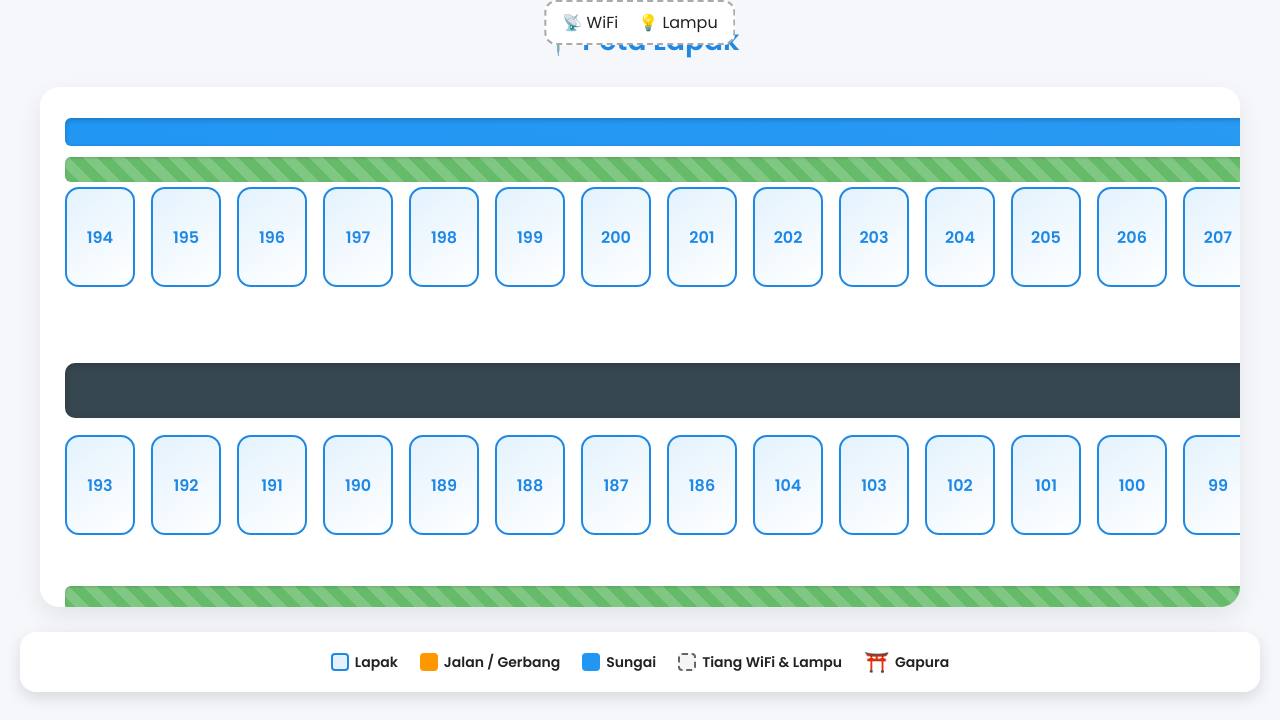
Repository: pasarrakyatbak/denah
Page: index.html
An editor plug-in stored every save of this project. The page is shown before and after the next save, followed by the edit.
The browser window is 1280 px wide. The pictures show the whole page.
An inner scrolling area shows only its first screen.

Above is the page before, as saved 2025-09-19 18:55:20.

### index.html
<!DOCTYPE html>
<html lang="id">

<head>
    <meta charset="utf-8" />
    <meta name="viewport" content="width=device-width, initial-scale=1" />
    <title>Peta Lapak Modern</title>
    <link href="https://fonts.googleapis.com/css2?family=Poppins:wght@400;600&display=swap" rel="stylesheet">
    <link rel="stylesheet" href="style.css" />
</head>

<body>
    <h1>📍 Peta Lapak</h1>

    <!-- Tooltip -->
    <div class="tooltip" id="tooltip"></div>

    <!-- Grid Container -->
    <div class="scroll-container">
        <div class="h-inner">

            <!-- Rumput kiri -->
            <div class="sungai-side">🌊 Sungai</div>
            <!-- Rumput -->
            <div class="rumput">
                <!-- Fasilitas tepat di atas lapak 108 -->
                <div class="fasilitas" style="left: 50%;">
                    <span>📡 WiFi</span>
                    <span>💡 Lampu</span>
                </div>
            </div>
            <!-- Lapak kanan (sekarang di atas jalan utama) -->
            <div class="row bottom" id="right-side"></div>
            <!-- Jalan utama -->
            <div class="road-wrapper">
                <div class="road">JALAN UTAMA</div>
            </div>

            <!-- Lapak kiri (sekarang di bawah jalan utama) -->
            <div class="row top" id="left-side"></div>

            <!-- Rumput kanan -->
            <div class="rumput"></div>
            <div class="sungai-side">🌊 Sungai</div>
            <!-- Lapak -->
            <div class="lapak-container">
                <div class="lapak">107</div>
                <div class="lapak">108</div>
                <div class="lapak">109</div>
            </div>
        </div>
    </div>


    <!-- Legend -->
    <div class="legend">
        <div>
            <div class="legend-color lapak-color"></div> Lapak
        </div>
        <div>
            <div class="legend-color jalan-color"></div> Jalan / Gerbang
        </div>
        <div>
            <div class="legend-color sungai-color"></div> Sungai
        </div>
        <div>
            <div class="legend-color tiang-color"></div> Tiang WiFi & Lampu
        </div>
        <div>
            <div class="legend-icon">⛩️</div> Gapura
        </div>
    </div>
    </div>

    <script src="script.js"></script>
</body>

</html>

### style.css
/* Reset & Base */
* {
    margin: 0;
    padding: 0;
    box-sizing: border-box;
}

body {
    font-family: 'Poppins', sans-serif;
    background: #f5f7fa;
    color: #222;
    padding: 20px;
    text-align: center;
}

h1 {
    font-size: 28px;
    margin-bottom: 25px;
    color: #1e88e5;
    font-weight: 700;
}

/* Scroll container */
.scroll-container {
    width: 100%;
    max-width: 1200px;
    height: 520px;
    overflow: auto;
    background: #fff;
    border-radius: 20px;
    padding: 25px;
    box-shadow: 0 10px 25px rgba(0, 0, 0, 0.08);
    margin: auto;
}

.h-inner {
    display: flex;
    flex-direction: column;
    gap: 5px;
    min-width: max-content;
}

.row {
    display: flex;
    gap: 16px;
    align-items: flex-start;
    flex-wrap: wrap;
    min-width: max-content;
}

/* Lapak modern */
.lapak {
    width: 70px;
    height: 100px;
    border-radius: 14px;
    background: linear-gradient(145deg, #e3f2fd, #ffffff);
    border: 2px solid #1e88e5;
    color: #1e88e5;
    font-weight: 600;
    display: flex;
    align-items: center;
    justify-content: center;
    cursor: pointer;
    font-size: 16px;
    transition: all 0.3s ease;
}

.lapak:hover {
    background: #1e88e5;
    color: #fff;
    transform: translateY(-6px) scale(1.08);
    box-shadow: 0 10px 18px rgba(30, 136, 229, 0.35);
}

/* Jalan utama */
.road {
    height: 85px;
    background: #37474f;
    color: #fff;
    display: flex;
    align-items: center;
    justify-content: center;
    border-radius: 14px;
    font-weight: 700;
    font-size: 16px;
    margin: 12px 0;
    letter-spacing: 1px;
    box-shadow: inset 0 2px 6px rgba(0, 0, 0, 0.2);
}

/* Jalan / Gerbang */
.jalan-gerbang {
    width: 150px;
    height: 50px;
    background: #ff9800;
    color: #fff;
    display: flex;
    align-items: center;
    justify-content: center;
    border-radius: 12px;
    font-weight: 700;
    transition: all 0.3s;
    box-shadow: 0 4px 12px rgba(255, 152, 0, 0.3);
}

.jalan-gerbang:hover {
    background: #fb8c00;
    transform: translateY(-4px);
}

/* Gapura lintas jalan */
.gapura-container {
    width: 70px;
    height: 100px;
    display: flex;
    flex-direction: column;
    align-items: center;
    justify-content: center;
    gap: 4px;
}

.gapura-icon {
    font-size: 26px;
}

.gapura-arrow {
    font-size: 18px;
}

/* Sungai */
.sungai-bawah {
    background: linear-gradient(180deg, #2196f3 0%, #64b5f6 100%);
    border-radius: 12px;
    color: #fff;
    font-weight: 600;
    display: flex;
    align-items: center;
    justify-content: center;
    font-size: 0.85em;
    width: 120%;
    height: 40px;
    box-shadow: 0 3px 8px rgba(33, 150, 243, 0.4);
}

.sungai-atas {
    background: linear-gradient(90deg, #00bfff, #4fc3f7);
    color: #fff;
    font-size: 12px;
    font-weight: bold;
    padding: 4px 10px;
    border-radius: 8px;
    margin-bottom: 5px;
}

/* Tiang WiFi + Lampu */
.tiang-container {
    width: auto;
    min-width: 120px;
    padding: 8px 12px;
    background: #fafafa;
    border: 2px dashed #666;
    border-radius: 16px;
    display: flex;
    flex-direction: row;
    /* <== sejajar horizontal */
    align-items: center;
    justify-content: center;
    gap: 12px;
    /* jarak antar ikon */
    font-size: 22px;
    font-weight: bold;
    color: #444;
    box-shadow: inset 0 2px 6px rgba(0, 0, 0, 0.05);
}

.tiang-label {
    font-size: 11px;
    font-weight: 600;
    color: #222;
}


/* Tooltip */
.tooltip {
    position: absolute;
    background: rgba(30, 136, 229, 0.95);
    color: #fff;
    padding: 7px 12px;
    border-radius: 8px;
    font-size: 13px;
    pointer-events: none;
    opacity: 0;
    transition: opacity 0.2s, transform 0.2s;
    z-index: 10;
    transform: translateY(-4px);
}

/* Legend */
.legend {
    margin-top: 25px;
    background: #fff;
    padding: 14px 20px;
    border-radius: 16px;
    box-shadow: 0 6px 16px rgba(0, 0, 0, 0.12);
    font-size: 14px;
    font-weight: 600;
    line-height: 1.6;
    display: flex;
    gap: 22px;
    justify-content: center;
    flex-wrap: wrap;
}

.legend div {
    display: flex;
    align-items: center;
    gap: 6px;
}

.legend-color {
    width: 18px;
    height: 18px;
    border-radius: 4px;
}

.legend-icon {
    font-size: 20px;
}

/* Legend colors */
.lapak-color {
    background: #e3f2fd;
    border: 2px solid #1e88e5;
}

.jalan-color {
    background: #ff9800;
}

.sungai-color {
    background: #2196f3;
}

.tiang-color {
    background: #f5f5f5;
    border: 2px dashed #666;
}

/* Wrapper */
.lapak-wrapper {
    display: flex;
    flex-direction: column;
    align-items: center;
    gap: 6px;
}

.lapak-wrapper .lapak {
    order: 2;
}

.lapak-wrapper .jalan-gerbang,
.lapak-wrapper .gapura-container,
.lapak-wrapper .sungai-atas,
.lapak-wrapper .sungai-bawah,
.lapak-wrapper .tiang-container {
    order: 1;
}

/* Bungkus jalan + rumput */
.road-wrapper {
    display: flex;
    flex-direction: column;
    gap: 6px;
    width: 100%;
}

/* Jalan utama penuh kiri kanan */
.road {
    height: 55px;
    width: 100%;
    background: #37474f;
    color: #fff;
    display: flex;
    align-items: center;
    justify-content: center;
    border-radius: 10px;
    font-weight: 700;
    font-size: 16px;
    letter-spacing: 1px;
    box-shadow: inset 0 2px 6px rgba(0, 0, 0, 0.2);
}

/* Rumput di sisi jalan */
.rumput {
    height: 25px;
    width: 100%;
    background: repeating-linear-gradient(45deg,
            #66bb6a,
            #66bb6a 10px,
            #81c784 10px,
            #81c784 20px);
    border-radius: 6px;
    box-shadow: inset 0 1px 3px rgba(0, 0, 0, 0.15);
}

/* Sungai samping */
.sungai-side {
    width: 100%;
    height: 28px;
    background: linear-gradient(90deg, #2196f3, #64b5f6);
    border-radius: 6px;
    color: #fff;
    font-weight: 600;
    font-size: 13px;
    display: flex;
    align-items: center;
    justify-content: center;
    gap: 6px;
    box-shadow: inset 0 2px 5px rgba(0, 0, 0, 0.2);
    margin: 6px 0;
}

.fasilitas {
    position: absolute;
    /* biar tidak mendorong elemen lain */
    top: 0;
    /* sesuaikan posisinya di atas lapak */
    left: 50%;
    /* posisikan di tengah horizontal */
    transform: translateX(-50%);
    /* agar benar-benar center */
    display: flex;
    gap: 20px;
    padding: 8px 16px;
    border: 2px dashed #aaa;
    border-radius: 12px;
    background: #fff;
    z-index: 10;
    /* supaya muncul di atas */
}

/* Responsive */
@media(max-width:900px) {
    .scroll-container {
        height: 450px;
    }

    .lapak {
        width: 60px;
        height: 90px;
        font-size: 14px;
    }

    .jalan-gerbang {
        width: 120px;
        height: 45px;
        font-size: 13px;
    }
}

@media(max-width:600px) {
    body {
        padding: 12px;
    }

    h1 {
        font-size: 22px;
    }

    .scroll-container {
        height: 400px;
        padding: 12px;
    }

    .lapak {
        width: 50px;
        height: 80px;
        font-size: 13px;
    }

    .jalan-gerbang {
        width: 100px;
        height: 40px;
        font-size: 12px;
    }

    .sungai-bawah {
        width: 100%;
        height: 35px;
        font-size: 0.75em;
    }
}

### script.js
// DATA NOMOR
const leftNumbers = [1, 2, 3, 4, 5, 6, 7, 8, 9, 10, 11, 15, 16, 17, 18, 19, 20, 21, 22, 23, 24, 25, 26, 27, 28, 29, 30, 31, 32, 33, 34, 35, 36, 37, 38, 39, 40, 41, 42, 43, 44, 45, 46, 47, 48, 49, 50, 51, 52, 53, 54, 55, 56, 57, 58, 59, 60, 61, 62, 63, 64, 65, 66, 67, 68, 69, 70, 71, 72, 73, 74, 75, 76, 77, 78, 79, 80, 81, 82, 83, 84, 85, 86, 87, 88, 89, 90, 91, 92, 93, 94, 95, 96, 97, 98, 99, 100, 101, 102, 103, 104, 186, 187, 188, 189, 190, 191, 192, 193];
const rightNumbers = [194, 195, 196, 197, 198, 199, 200, 201, 202, 203, 204, 205, 206, 207, 208, 209, 210, 211, 212, 213, 105, 106, 107, 108, 109, 110, 111, 112, 113, 114, 115, 116, 117, 118, 119, 120, 121, 122, 123, 124, 125, 126, 127, 128, 129, 130, 131, 132, 133, 134, 135, 136, 137, 138, 214, 215, 216, 139, 140, 141, 142, 143, 144, 145, 146, 147, 148, 149, 150, 151, 152, 153, 154, 155, 156, 157, 158, 159, 160, 161, 162, 163, 164, 165, 166, 167, 168, 169, 170, 171, 172, 173, 174, 175, 176, 177, 178, 179, 180, 181, 182, 183, 184, 185];

const rightSide = document.getElementById('right-side');
const leftSide = document.getElementById('left-side');

// Buat lapak
function makeLapak(num) {
    const d = document.createElement('div');
    d.className = 'lapak';
    d.textContent = num;
    return d;
}

rightNumbers.forEach(n => rightSide.appendChild(makeLapak(n)));
leftNumbers.slice().reverse().forEach(n => leftSide.appendChild(makeLapak(n)));

// Gerbang
function insertGerbangBetween(parent, a, b, label = 'Gerbang') {
    const children = Array.from(parent.children);
    const idxA = children.findIndex(c => c.textContent == String(a));
    const idxB = children.findIndex(c => c.textContent == String(b));
    if (idxA === -1 || idxB === -1) return;
    const insertAfterIndex = Math.min(idxA, idxB);
    const refNode = parent.children[insertAfterIndex + 1] || null;
    const g = document.createElement('div');
    g.className = 'jalan-gerbang';
    g.textContent = label;
    parent.insertBefore(g, refNode);
}
insertGerbangBetween(leftSide, 2, 3);
insertGerbangBetween(leftSide, 11, 15);

// Gapura lintas jalan
function insertGapura(leftParent, rightParent, a, b) {
    const idxL = Array.from(leftParent.children).findIndex(c => c.textContent == a);
    const idxR = Array.from(rightParent.children).findIndex(c => c.textContent == b);
    if (idxL === -1 || idxR === -1) return;

    const gapuraBottom = document.createElement('div');
    gapuraBottom.className = 'gapura-container';
    gapuraBottom.innerHTML = `<div class="gapura-icon">⛩️</div><div class="gapura-arrow">⬆️</div>`;
    leftParent.insertBefore(gapuraBottom, leftParent.children[idxL + 1]);

    const gapuraTop = document.createElement('div');
    gapuraTop.className = 'gapura-container';
    gapuraTop.innerHTML = `<div class="gapura-arrow">⬇️</div><div class="gapura-icon">⛩️</div>`;
    rightParent.insertBefore(gapuraTop, rightParent.children[idxR]);
}
insertGapura(leftSide, rightSide, 57, 146);

// Sungai
function placeSungaiBelow(parent, num) {
    const target = Array.from(parent.children).find(c => c.textContent == num);
    if (!target) return;
    const wrapper = document.createElement('div');
    wrapper.className = 'lapak-wrapper';
    wrapper.setAttribute('data-lapak', num);
    parent.insertBefore(wrapper, target);
    wrapper.appendChild(target);

    const sungai = document.createElement('div');
    sungai.className = 'sungai-bawah';
    sungai.textContent = 'Sungai';
    wrapper.appendChild(sungai);
}
function placeSungaiAbove(parent, num) {
    const target = Array.from(parent.children).find(c => c.textContent == num);
    if (!target) return;
    const wrapper = document.createElement('div');
    wrapper.className = 'lapak-wrapper';
    wrapper.setAttribute('data-lapak', num);
    parent.insertBefore(wrapper, target);
    wrapper.appendChild(target);

    const sungai = document.createElement('div');
    sungai.className = 'sungai-atas';
    sungai.textContent = 'Sungai';
    wrapper.insertBefore(sungai, target);
}
placeSungaiBelow(leftSide, 62);
placeSungaiAbove(rightSide, 141);

// Tiang WiFi + Lampu
function insertTiangAbove(parent, num) {
    const target = Array.from(parent.children).find(c => c.textContent == num);
    if (!target) return;

    // Bungkus dulu
    const wrapper = document.createElement('div');
    wrapper.className = 'lapak-wrapper';
    parent.insertBefore(wrapper, target);
    wrapper.appendChild(target);

    // Tambah tiang di atas lapak
    const tiang = document.createElement('div');
    tiang.className = 'tiang-container';
    tiang.innerHTML = `📡<div class="tiang-label">WiFi</div>💡<div class="tiang-label">Lampu</div>`;
    wrapper.insertBefore(tiang, target);
}


// Jalan
function insertJalan(parent, a, b, label = 'Jalan') {
    const idxA = Array.from(parent.children).findIndex(c => c.textContent == a);
    const idxB = Array.from(parent.children).findIndex(c => c.textContent == b);
    if (idxA === -1 || idxB === -1) return;
    const insertAfter = Math.min(idxA, idxB);
    const refNode = parent.children[insertAfter + 1] || null;
    const jalan = document.createElement('div');
    jalan.className = 'jalan-gerbang';
    jalan.textContent = label;
    parent.insertBefore(jalan, refNode);
}

// Contoh insert
insertJalan(rightSide, 156, 157);
insertJalan(rightSide, 216, 139);
insertJalan(rightSide, 163, 164);
insertJalan(rightSide, 180, 181);
insertTiangAbove(rightSide, 20, 201);
insertTiangAbove(rightSide, 108, 109);
insertTiangAbove(rightSide, 124, 125);
insertTiangAbove(rightSide, 137, 138);

const tooltip = document.getElementById('tooltip');

function showTooltip(e, text) {
    tooltip.textContent = text;
    tooltip.style.left = e.pageX + 10 + 'px';
    tooltip.style.top = e.pageY + 10 + 'px';
    tooltip.style.opacity = 1;
}

function hideTooltip() {
    tooltip.style.opacity = 0;
}

// Tambahkan tooltip untuk setiap elemen
document.querySelectorAll('.lapak').forEach(el => {
    el.addEventListener('mouseenter', e => showTooltip(e, 'Lapak #' + el.textContent));
    el.addEventListener('mousemove', e => showTooltip(e, 'Lapak #' + el.textContent));
    el.addEventListener('mouseleave', hideTooltip);
});

document.querySelectorAll('.jalan-gerbang').forEach(el => {
    el.addEventListener('mouseenter', e => showTooltip(e, 'Jalan / Gerbang: ' + el.textContent));
    el.addEventListener('mousemove', e => showTooltip(e, 'Jalan / Gerbang: ' + el.textContent));
    el.addEventListener('mouseleave', hideTooltip);
});

document.querySelectorAll('.sungai-bawah, .sungai-atas').forEach(el => {
    el.addEventListener('mouseenter', e => showTooltip(e, 'Sungai'));
    el.addEventListener('mousemove', e => showTooltip(e, 'Sungai'));
    el.addEventListener('mouseleave', hideTooltip);
});

document.querySelectorAll('.tiang-container').forEach(el => {
    el.addEventListener('mouseenter', e => showTooltip(e, 'Tiang WiFi & Lampu'));
    el.addEventListener('mousemove', e => showTooltip(e, 'Tiang WiFi & Lampu'));
    el.addEventListener('mouseleave', hideTooltip);
});

document.querySelectorAll('.gapura-container').forEach(el => {
    el.addEventListener('mouseenter', e => showTooltip(e, 'Gapura Lintas Jalan'));
    el.addEventListener('mousemove', e => showTooltip(e, 'Gapura Lintas Jalan'));
    el.addEventListener('mouseleave', hideTooltip);
});

After the next save:
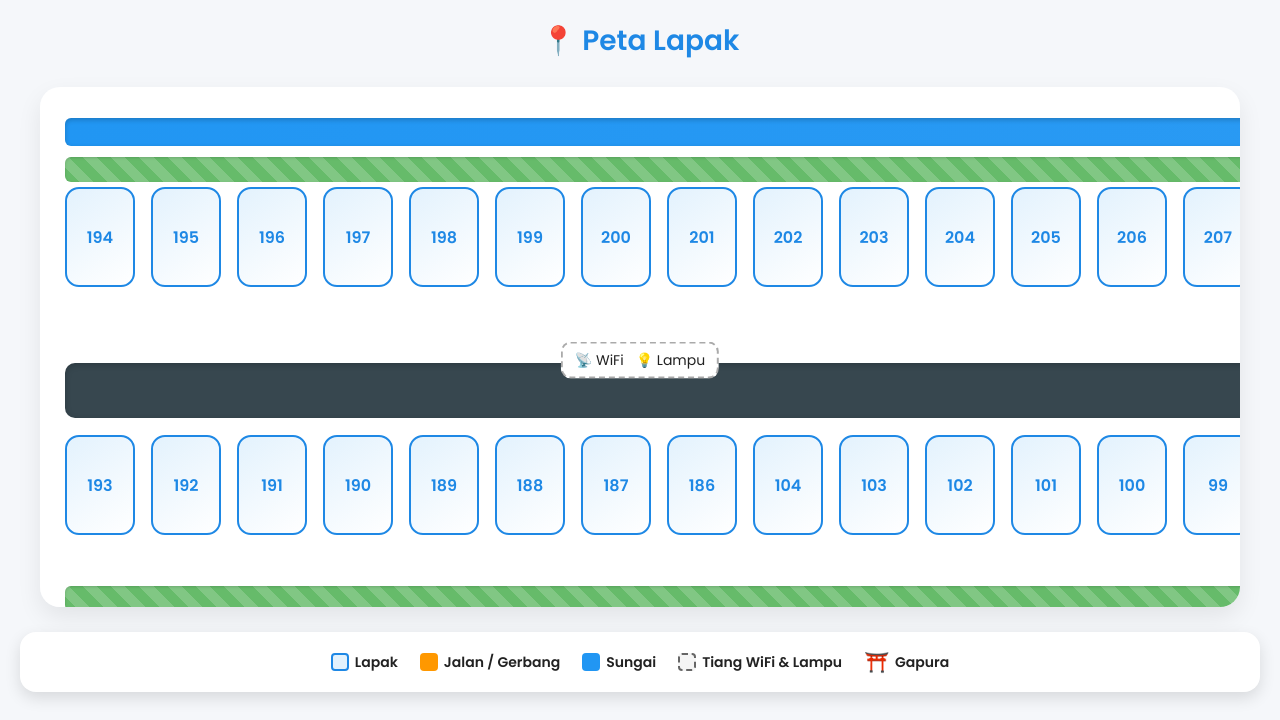
Saved 12 s later.
--- a/style.css
+++ b/style.css
@@ -320,23 +320,22 @@ h1 {
     margin: 6px 0;
 }
 
+
+/* Fasilitas */
 .fasilitas {
     position: absolute;
-    /* biar tidak mendorong elemen lain */
-    top: 0;
-    /* sesuaikan posisinya di atas lapak */
-    left: 50%;
-    /* posisikan di tengah horizontal */
-    transform: translateX(-50%);
-    /* agar benar-benar center */
-    display: flex;
-    gap: 20px;
-    padding: 8px 16px;
+    top: 50%;
+    /* tengah rumput */
+    transform: translate(-50%, -50%);
+    /* biar benar2 center */
+    display: flex;
+    gap: 12px;
+    padding: 6px 12px;
     border: 2px dashed #aaa;
-    border-radius: 12px;
+    border-radius: 10px;
     background: #fff;
-    z-index: 10;
-    /* supaya muncul di atas */
+    font-size: 14px;
+    z-index: 2;
 }
 
 /* Responsive */
